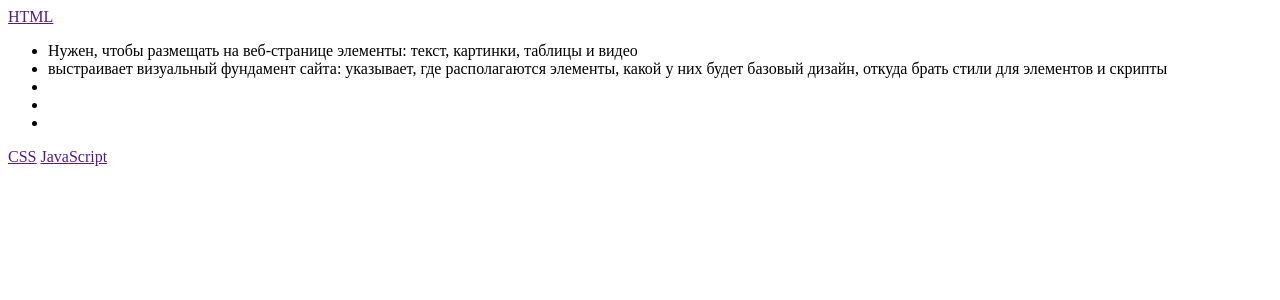
Repository: JonniRed/urban
Page: task1/second_page.html
An editor plug-in stored every save of this project. The page is shown before and after the next save, followed by the edit.
The browser window is 1280 px wide. The pictures show the whole page.

Above is the page before, as saved 2024-09-10 10:42:03.

After the next save:
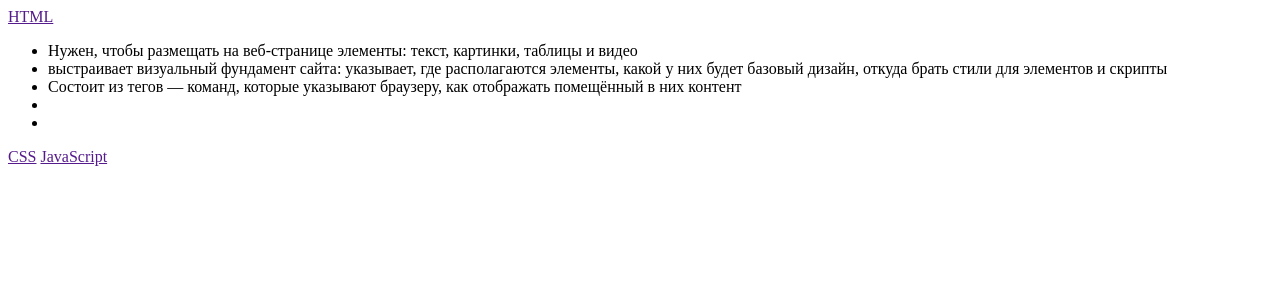
Saved 88 s later.
--- a/task1/second_page.html
+++ b/task1/second_page.html
@@ -15,7 +15,7 @@
         <li>Нужен, чтобы размещать на веб-странице элементы: текст, картинки, таблицы и видео</li>
         <li>выстраивает визуальный фундамент сайта: указывает, где располагаются элементы, какой у них будет базовый
           дизайн, откуда брать стили для элементов и скрипты</li>
-        <li></li>
+        <li>Состоит из тегов — команд, которые указывают браузеру, как отображать помещённый в них контент</li>
         <li></li>
         <li></li>
       </ul>
